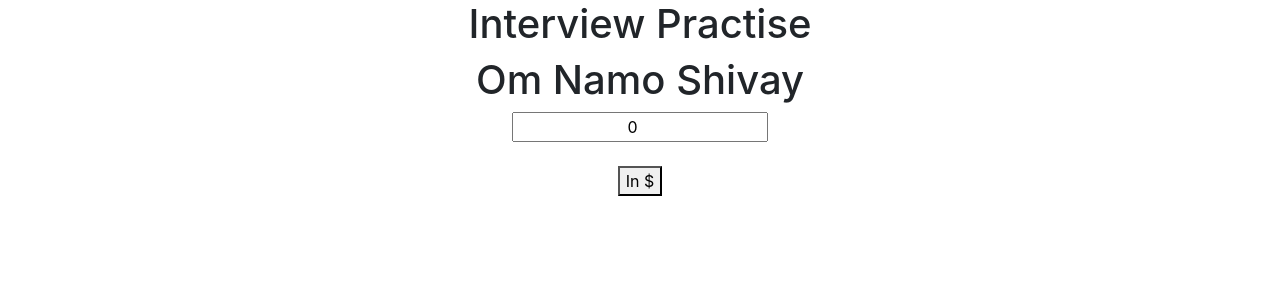
Repository: punitbathija/Machine-Round-React
Page: /
These files come from the project's save history. The page is drawn as it stood at one moment and after the next save; the edit follows.
The browser window is 1280 px wide. The pictures show the whole page.
The project was rebuilt for these pictures with package versions that can differ from the ones it lists, and the page was loaded fresh each time. Also part of the build but not shown: src/components/counter.jsx, src/components/ProgressBar.js.

Above is the page before, as saved 2023-06-01 13:15:33.

### src/index.js
import React from "react";
import ReactDOM from "react-dom/client";
import Counter from "./components/counter";
import "./index.css";
import ProgressBar from "./components/ProgressBar";
import CurrencyCoverter from "./components/CurrencyCoverter";
// import FetchApi from "./components/FetchApi";

const root = ReactDOM.createRoot(document.getElementById("root"));
root.render(
  <>
    <h1 className="text-center">Interview Practise</h1>
    {/* <Counter /> */}
    {/* <FetchApi /> */}
    {/* <ProgressBar /> */}
    <CurrencyCoverter />
  </>
);

### src/components/CurrencyCoverter.js
import React, { useState } from "react";

const CurrencyCoverter = () => {
  const [amount, setAmount] = useState(0);
  const [inDollars, setInDollars] = useState(0);
  const [inPounds, setInPounds] = useState(0);

  return (
    <div style={{ textAlign: "center" }}>
      <h1>Om Namo Shivay</h1>
      <input
        type="number"
        placeholder="enter amount"
        style={{ textAlign: "center" }}
        value={amount}
      />
      <br />
      <br />
      <button>In $</button>
    </div>
  );
};

export default CurrencyCoverter;

Loaded but not shown: public/index.html (common file); src/index.css (common file)

After the next save:
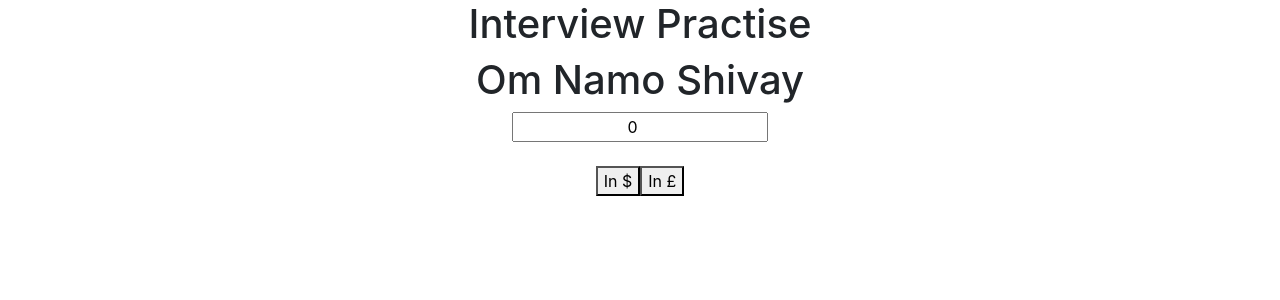
Saved 27 s later.
--- a/src/components/CurrencyCoverter.js
+++ b/src/components/CurrencyCoverter.js
@@ -17,6 +17,7 @@ const CurrencyCoverter = () => {
       <br />
       <br />
       <button>In $</button>
+      <button>In £</button>
     </div>
   );
 };
